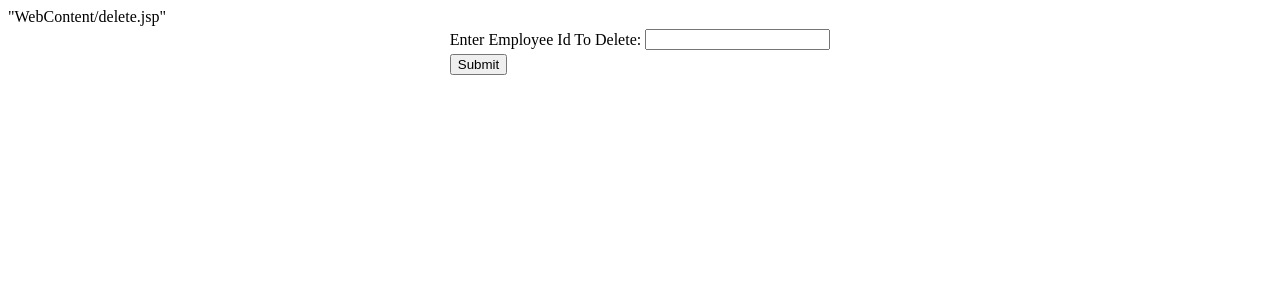
Repository: sravaninallapati1/java1
Page: http://localhost/JSP/delete.jsp
These files come from the project's save history. The page is drawn as it stood at one moment and after the next save; the edit follows.
The browser window is 1280 px wide. The pictures show the whole page.
The page is served by Tomcat 9.

Above is the page before, as saved 2016-12-20 15:17:26.

After the next save:
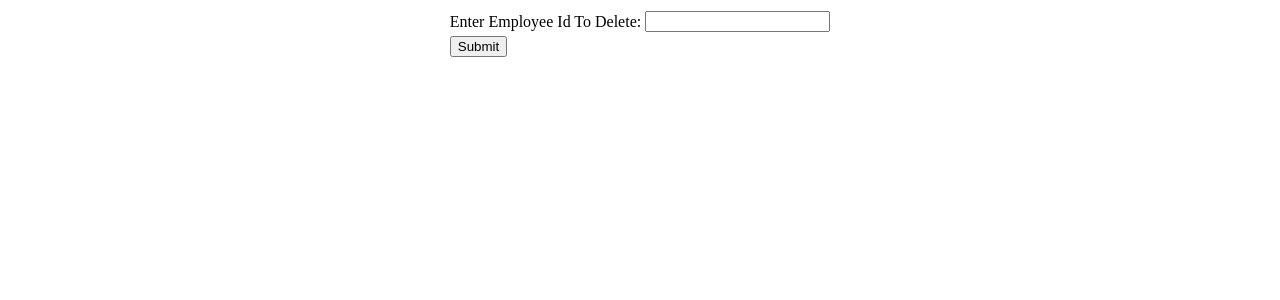
Saved 14 s later.
--- a/JSP/WebContent/delete.jsp
+++ b/JSP/WebContent/delete.jsp
@@ -14,7 +14,7 @@
 <td>Enter Employee Id To Delete:</td>
 	<td> <input type="text" name="EmployeeId" /></td>
 </tr>
-<tr>"WebContent/delete.jsp"
+<tr>
 <td><input type="submit" name="Delete" /></td>
 </tr>
 </table>
